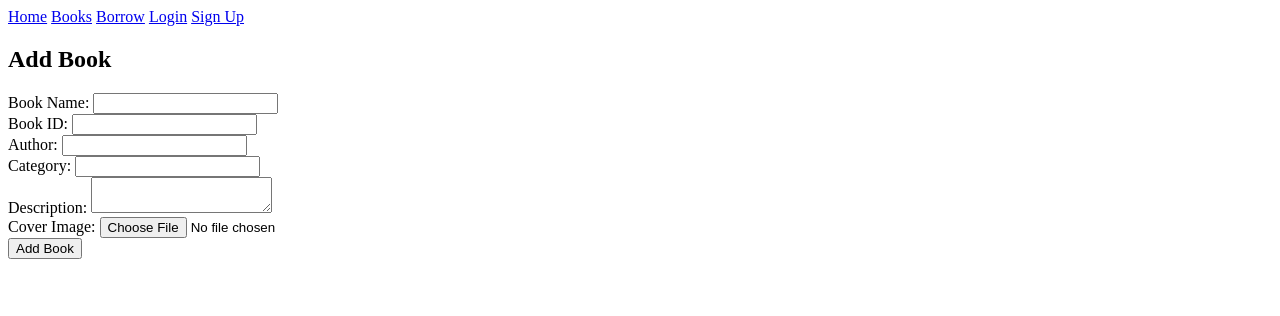
Repository: fadyesk12/Web-Technology-Course-Project
Page: Add_book.html
The author's editor kept a copy of each file at every save. The page is drawn from the files as they stood at one save, then again after a run of saves.
The browser window is 1280 px wide. The pictures show the whole page.

Above is the page before, as saved 2024-04-20 08:48:00.

### Add_book.html
<!DOCTYPE html>
<html lang="en">
<head>
<meta charset="UTF-8">
<meta name="viewport" content="width=device-width, initial-scale=1.0">
<title>Add Book</title>
<style>

</style>
</head>
<body>
  <div id="navbar">
    <a href="./index.html">Home</a>
    <a href="./book_list.html">Books</a>
    <a href="./borrow.html">Borrow</a>
    <a href="./auth/login.html">Login</a>
    <a href="./auth/signup.html">Sign Up</a>
</div>

<div class="container">
  <h2>Add Book</h2>
  <form action="#" method="post" enctype="multipart/form-data">
    <div class="form-group">
      <label for="book-name">Book Name:</label>
      <input type="text" id="book-name" name="book-name" required>
    </div>
    <div class="form-group">
        <label for="book-id">Book ID:</label>
        <input type="text" id="book-id" name="book-id" required>
      </div>
    <div class="form-group">
      <label for="author">Author:</label>
      <input type="text" id="author" name="author" required>
    </div>
    <div class="form-group">
        <label for="category">Category:</label>
        <input type="text" id="category" name="category" required>
      </div>
    <div class="form-group">
      <label for="description">Description:</label>
      <textarea id="description" name="description" required></textarea>
    </div>
    <div class="form-group">
      <label for="cover-image">Cover Image:</label>
      <input type="file" id="cover-image" name="cover-image" accept="image/*" required>
    </div>
    <div class="form-group">
      <input type="submit" value="Add Book">
    </div>
  </form>
  <div id="image-preview" class="preview"></div>
</div>

<script>
  // Preview the selected image before submitting the form
  const coverImageInput = document.getElementById('cover-image');
  const imagePreview = document.getElementById('image-preview');

  coverImageInput.addEventListener('change', function() {
    const file = this.files[0];
    if (file) {
      const reader = new FileReader();
      reader.onload = function() {
        const img = new Image();
        img.src = reader.result;
        img.className = 'preview';
        imagePreview.innerHTML = '';
        imagePreview.appendChild(img);
      }
      reader.readAsDataURL(file);
    } else {
      imagePreview.innerHTML = '';
    }
  });
</script>

</body>
</html>

After the next 2 saves:
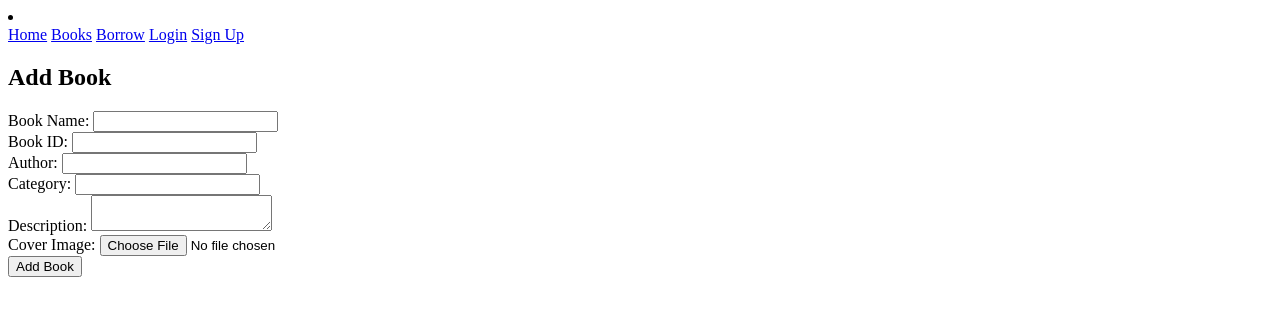
The 2 saves are shown as one change because they came seconds apart.
The last was saved 7 s later.
--- a/Add_book.html
+++ b/Add_book.html
@@ -4,9 +4,7 @@
 <meta charset="UTF-8">
 <meta name="viewport" content="width=device-width, initial-scale=1.0">
 <title>Add Book</title>
-<style>
-
-</style>
+<li
 </head>
 <body>
   <div id="navbar">

After the 2 saves that followed:
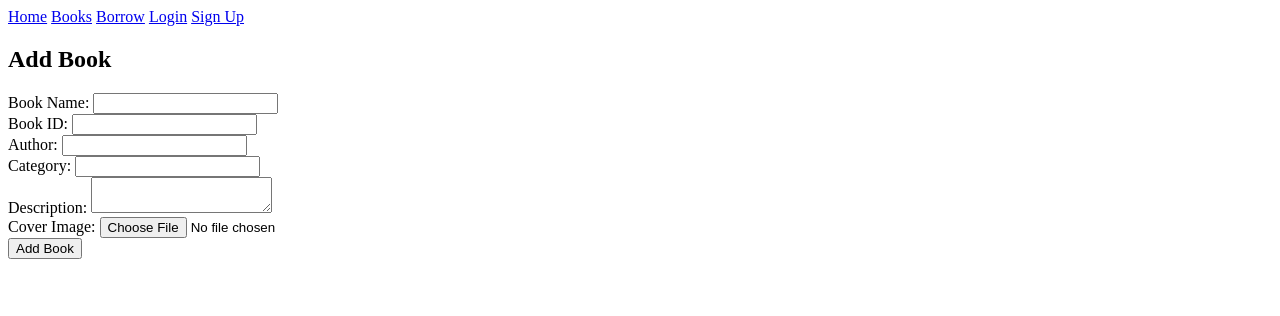
The 2 saves are shown as one change because they came seconds apart.
The last was saved 7 s later.
--- a/Add_book.html
+++ b/Add_book.html
@@ -4,7 +4,7 @@
 <meta charset="UTF-8">
 <meta name="viewport" content="width=device-width, initial-scale=1.0">
 <title>Add Book</title>
-<li
+<link rel=""
 </head>
 <body>
   <div id="navbar">
